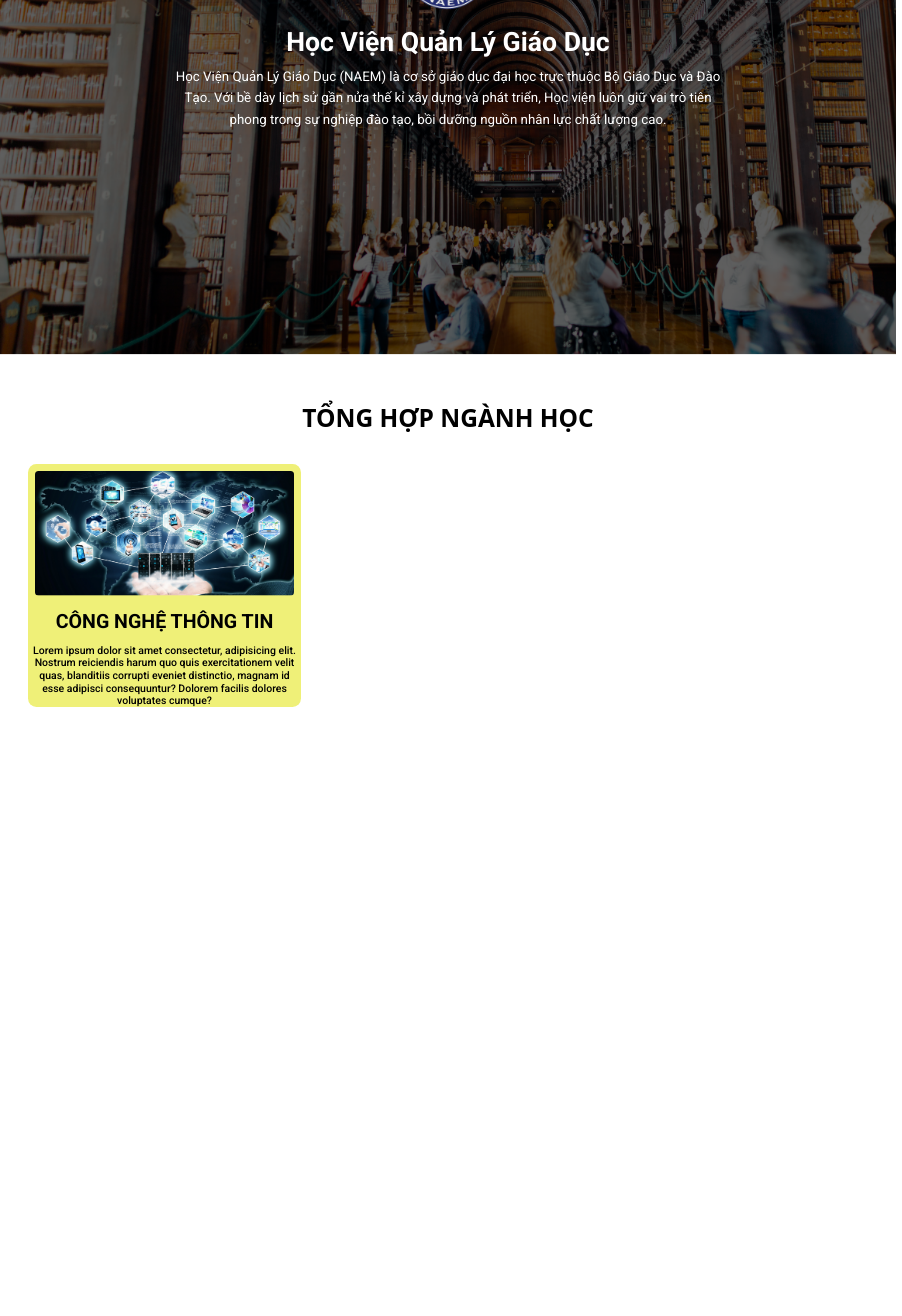
Repository: hongphuck1/trangweb1
Page: index.html
An editor plug-in stored every save of this project. The page is shown before and after the next save, followed by the edit.
The browser window is 1280 px wide. The page is 1288 px wide, so the pictures cover 1288 px, including what lies to the right of the window. The pictures show the part of the page from y = 1417 to 3297 px (the page is 4941 px tall), at 70% of full size.

Above is the page before, as saved 2021-09-07 02:00:35.

After the next save:
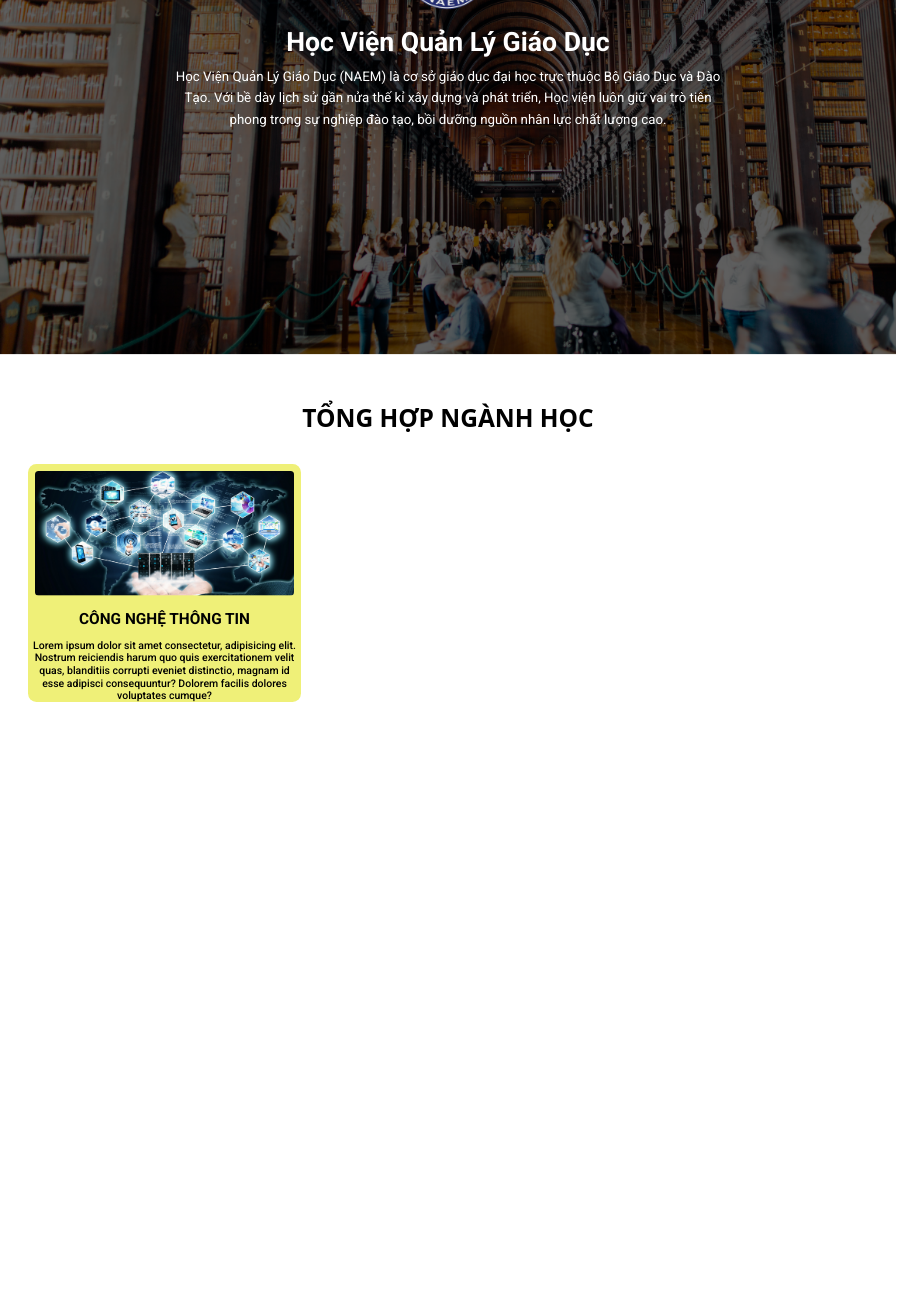
Saved 7 s later.
--- a/css/style.css
+++ b/css/style.css
@@ -301,5 +301,5 @@
 .container-body-subject h2{
   padding: 10px 0;
   font-weight: 600;
-  font-size: 2.8rem;
-}
+  font-size: 2.2rem;
+}
